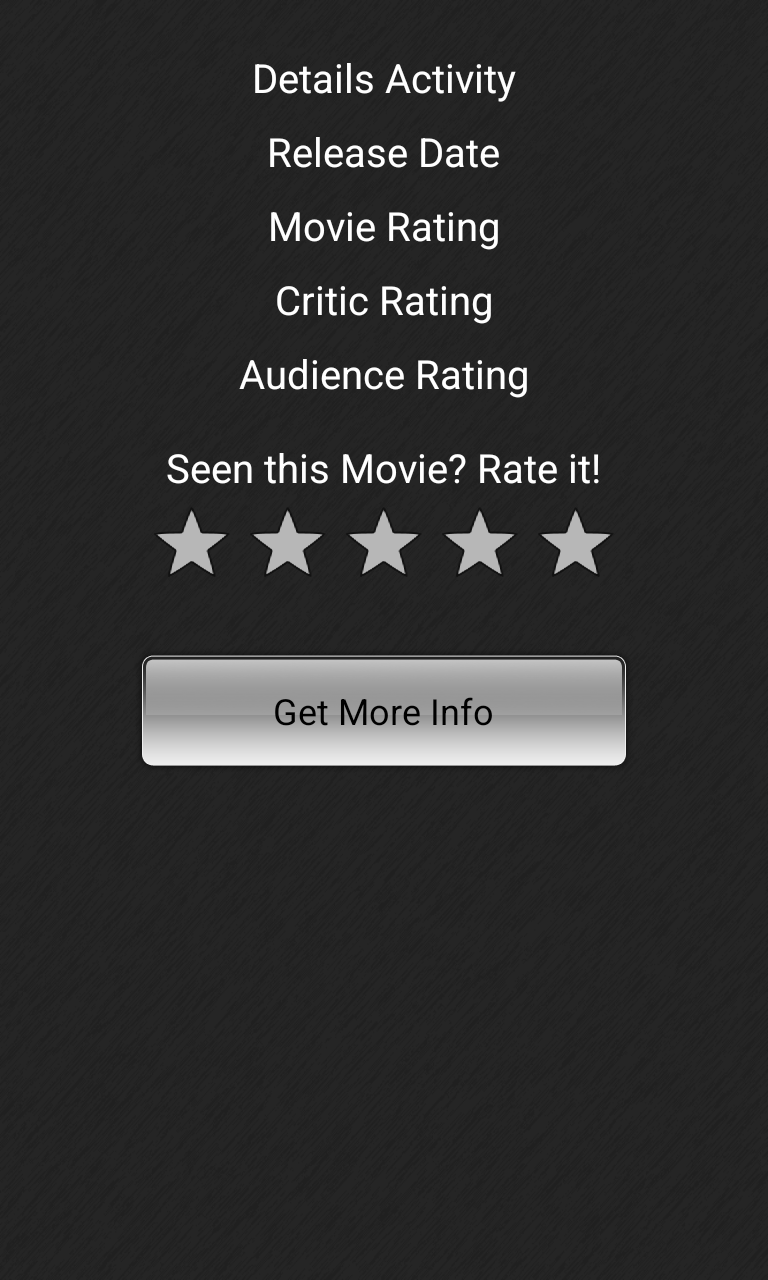
Repository: efreestone/Java2_Freestone
Layout: Java2Project2/res/layout/activity_details.xml
An editor plug-in stored every save of this project. The layout is shown before and after the next save, followed by the edit.
It is drawn on a 768 x 1280 px phone screen (xhdpi) without system bars, with theme AppTheme; the app's code is not run.

Above is the layout before, as saved 2014-05-16 01:42:47.

### Java2Project2/res/layout/activity_details.xml
<?xml version="1.0" encoding="utf-8"?>
<LinearLayout xmlns:android="http://schemas.android.com/apk/res/android"
    android:layout_width="match_parent"
    android:layout_height="match_parent"
    android:background="@drawable/main_background"
    android:orientation="vertical"
    android:gravity="center_horizontal"
    android:paddingTop="20dp">

    <TextView
        android:id="@+id/titleTextView"
        android:layout_width="wrap_content"
        android:layout_height="wrap_content"
        android:textColor="#ffffff"
        android:textSize="20sp"
        android:padding="5dp"
        android:text="Details Activity" />

    <TextView
        android:id="@+id/releaseTextView"
        android:layout_width="wrap_content"
        android:layout_height="wrap_content"
        android:textColor="#ffffff"
        android:textSize="20sp"
        android:padding="5dp"
        android:text="Release Date" />

    <TextView
        android:id="@+id/movieRatingTextView"
        android:layout_width="wrap_content"
        android:layout_height="wrap_content"
        android:textColor="#ffffff"
        android:textSize="20sp"
        android:padding="5dp"
        android:text="Movie Rating" />

    <TextView
        android:id="@+id/criticRatingTextView"
        android:layout_width="wrap_content"
        android:layout_height="wrap_content"
        android:textColor="#ffffff"
        android:textSize="20sp"
        android:padding="5dp"
        android:text="Critic Rating" />

    <TextView
        android:id="@+id/audienceRatingTextView"
        android:layout_width="wrap_content"
        android:layout_height="wrap_content"
        android:textColor="#ffffff"
        android:textSize="20sp"
        android:padding="5dp"
        android:text="Audience Rating" />

    <TextView
        android:id="@+id/ratingsBarTitle"
        android:layout_width="wrap_content"
        android:layout_height="wrap_content"
        android:textColor="#ffffff"
        android:textSize="20sp"
        android:paddingTop="15dp"
        android:text="@string/ratingBarTitleString" />

    <RatingBar
        android:id="@+id/movieRatingBar"
        android:layout_width="wrap_content"
        android:layout_height="wrap_content"
        android:paddingBottom="15dp" />

    <Button
        android:id="@+id/moreInfoButton"
        android:layout_width="wrap_content"
        android:layout_height="wrap_content"
        android:layout_gravity="center"
        android:layout_margin="5dp"
        android:background="@drawable/button_background"
        android:clickable="true"
        android:text="@string/moreInfoButtonString"
        android:width="250dp" />

</LinearLayout>

### Java2Project2/res/values/strings.xml
<?xml version="1.0" encoding="utf-8"?>
<resources>

    <string name="app_name">What 2 Watch</string>
    <string name="detail_name">Details Activity</string>
    <string name="action_settings">Settings</string>
    <string name="titleString">DVD New Releases</string>

    <string name="buttonString">Get New Releases</string>
    <string name="moreInfoButtonString">Get More Info</string>

    <string name="ratingBarTitleString">Seen this Movie? Rate it!</string>

    <!-- Connection Alert strings -->
    <string name="noConnectionTitle">Connection Error</string>
    <string name="noConnectionAlert">This application requires internet access. Please check your network connection and try again.</string>

    <string name="noFileTitle">File does not exist</string>
    <string name="noFileAlert">The file does not exist on your device so it was requested from the API. Select Get New Releases to update the ListView</string>

    <string name="ratingSelectedTitle">Movie Rated</string>

</resources>

### Java2Project2/res/drawable-hdpi/button_background.xml
<?xml version="1.0" encoding="utf-8"?>
<selector xmlns:android="http://schemas.android.com/apk/res/android" >
    <!-- Button Image when pressed -->
    <item
        android:drawable="@drawable/gradient_pressed_9patch"
        android:state_pressed="true"/>

    <!-- Button Image -->
    <item
        android:drawable="@drawable/gradient_9patch"/>



</selector>

### Java2Project2/res/drawable-ldpi/button_background.xml
<?xml version="1.0" encoding="utf-8"?>
<selector xmlns:android="http://schemas.android.com/apk/res/android" >
    <!-- Button Image when pressed -->
    <item
        android:drawable="@drawable/gradient_pressed_9patch"
        android:state_pressed="true"/>

    <!-- Button Image -->
    <item
        android:drawable="@drawable/gradient_9patch"/>



</selector>

### Java2Project2/res/drawable-mdpi/button_background.xml
<?xml version="1.0" encoding="utf-8"?>
<selector xmlns:android="http://schemas.android.com/apk/res/android" >
    <!-- Button Image when pressed -->
    <item
        android:drawable="@drawable/gradient_pressed_9patch"
        android:state_pressed="true"/>

    <!-- Button Image -->
    <item
        android:drawable="@drawable/gradient_9patch"/>



</selector>

### Java2Project2/res/drawable-xhdpi/button_background.xml
<?xml version="1.0" encoding="utf-8"?>
<selector xmlns:android="http://schemas.android.com/apk/res/android" >
    <!-- Button Image when pressed -->
    <item
        android:drawable="@drawable/gradient_pressed_9patch"
        android:state_pressed="true"/>

    <!-- Button Image -->
    <item
        android:drawable="@drawable/gradient_9patch"/>



</selector>

### Java2Project2/res/drawable-xxhdpi/button_background.xml
<?xml version="1.0" encoding="utf-8"?>
<selector xmlns:android="http://schemas.android.com/apk/res/android" >
    <!-- Button Image when pressed -->
    <item
        android:drawable="@drawable/gradient_pressed_9patch"
        android:state_pressed="true"/>

    <!-- Button Image -->
    <item
        android:drawable="@drawable/gradient_9patch"/>



</selector>

Loaded but not shown: Java2Project2/res/values/styles.xml (common file); Java2Project2/res/values-v11/styles.xml (common file); Java2Project2/res/values-v14/styles.xml (common file)

After the next save:
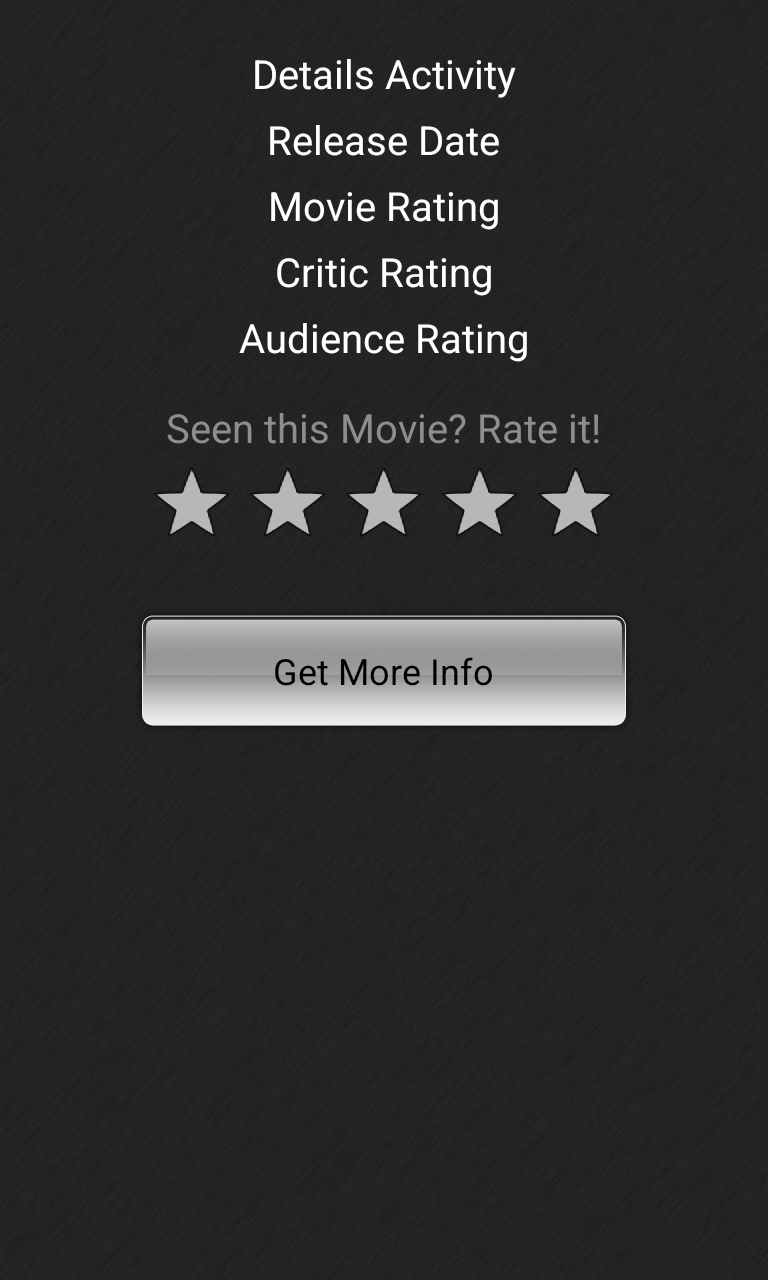
Saved 96 s later.
--- a/Java2Project2/res/layout/activity_details.xml
+++ b/Java2Project2/res/layout/activity_details.xml
@@ -13,7 +13,7 @@
         android:layout_height="wrap_content"
         android:textColor="#ffffff"
         android:textSize="20sp"
-        android:padding="5dp"
+        android:padding="3dp"
         android:text="Details Activity" />
 
     <TextView
@@ -22,7 +22,7 @@
         android:layout_height="wrap_content"
         android:textColor="#ffffff"
         android:textSize="20sp"
-        android:padding="5dp"
+        android:padding="3dp"
         android:text="Release Date" />
 
     <TextView
@@ -31,7 +31,7 @@
         android:layout_height="wrap_content"
         android:textColor="#ffffff"
         android:textSize="20sp"
-        android:padding="5dp"
+        android:padding="3dp"
         android:text="Movie Rating" />
 
     <TextView
@@ -40,7 +40,7 @@
         android:layout_height="wrap_content"
         android:textColor="#ffffff"
         android:textSize="20sp"
-        android:padding="5dp"
+        android:padding="3dp"
         android:text="Critic Rating" />
 
     <TextView
@@ -49,14 +49,14 @@
         android:layout_height="wrap_content"
         android:textColor="#ffffff"
         android:textSize="20sp"
-        android:padding="5dp"
+        android:padding="3dp"
         android:text="Audience Rating" />
 
     <TextView
         android:id="@+id/ratingsBarTitle"
         android:layout_width="wrap_content"
         android:layout_height="wrap_content"
-        android:textColor="#ffffff"
+        android:textColor="#8e8e8e"
         android:textSize="20sp"
         android:paddingTop="15dp"
         android:text="@string/ratingBarTitleString" />
